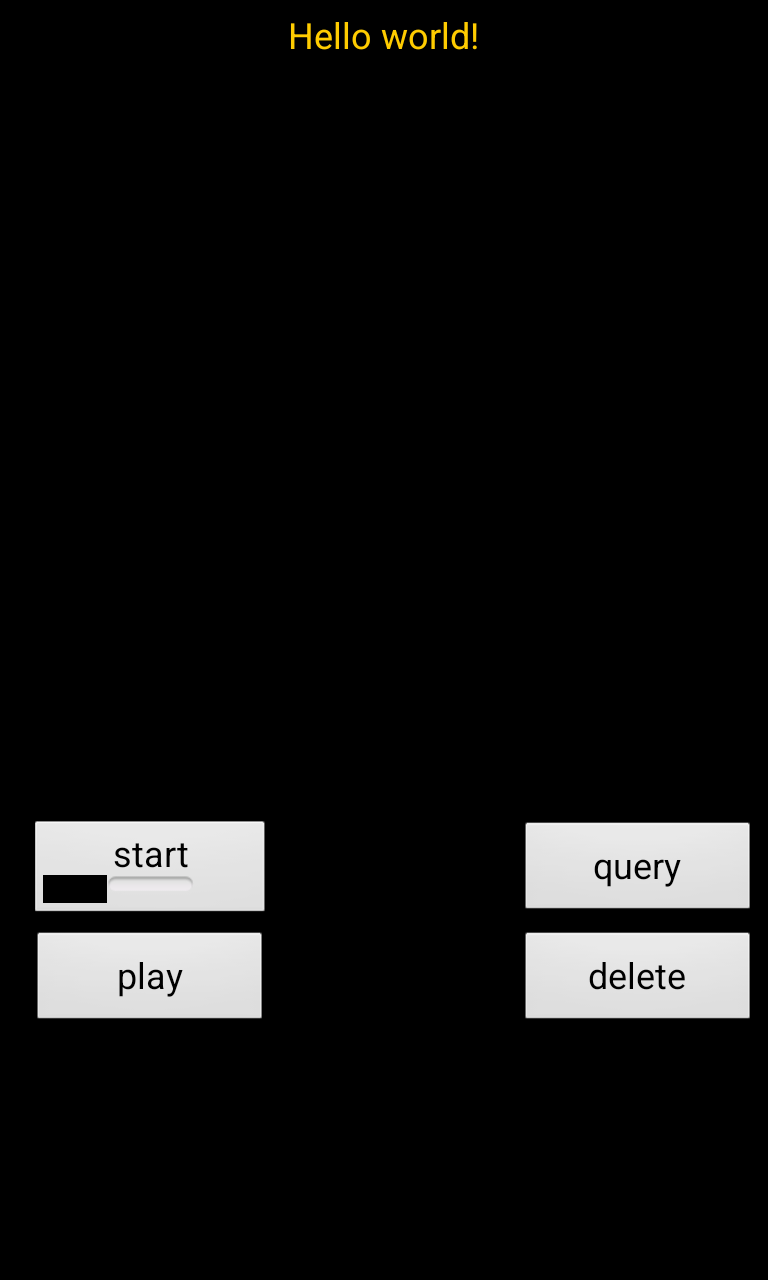
Repository: FreyrChen/tucan_Linux_practice
Layout: 4_Android_program/MusicIdentify/res/layout/activity_main.xml
These files come from the project's save history. The layout is drawn as it stood at one moment and after the next save; the edit follows.
It is drawn on a 768 x 1280 px phone screen (xhdpi) without system bars, with theme AppTheme; the app's code is not run.

Above is the layout before, as saved 2013-05-30 09:03:26.

After the next save:
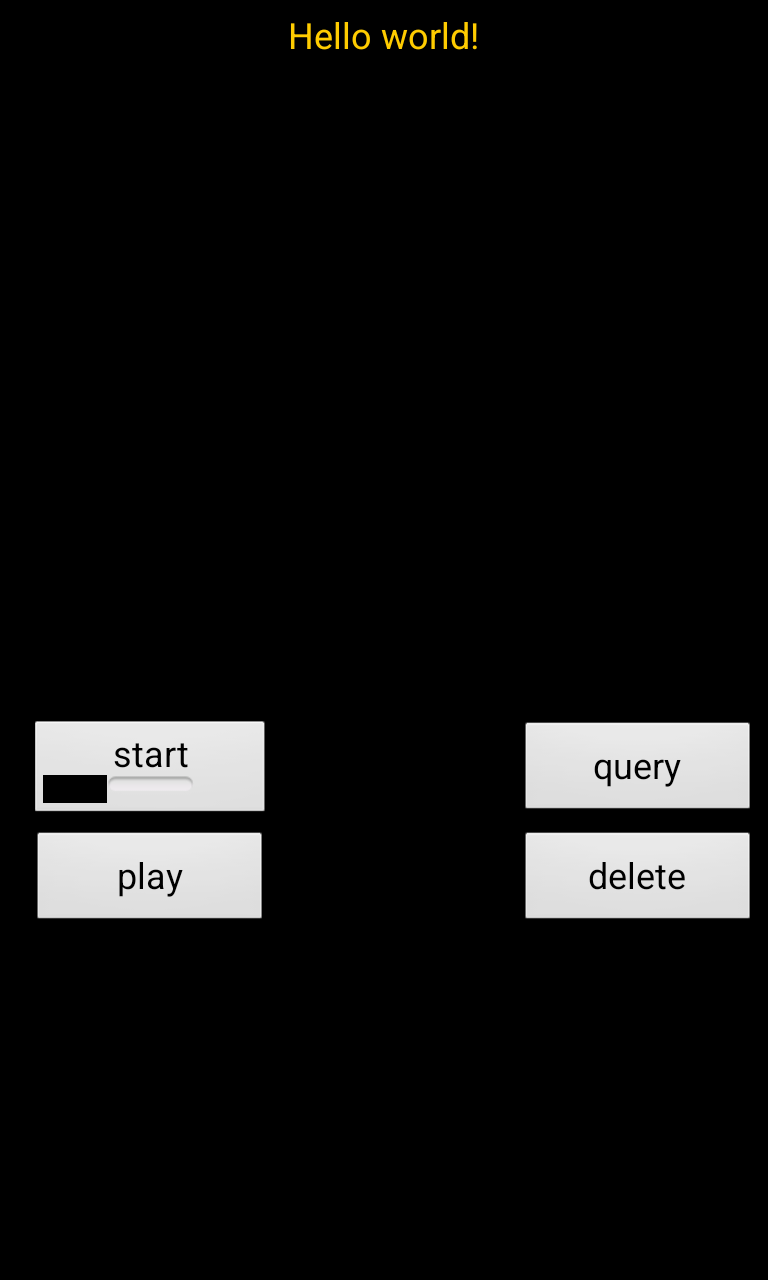
Saved 17 s later.
--- a/4_Android_program/MusicIdentify/res/layout/activity_main.xml
+++ b/4_Android_program/MusicIdentify/res/layout/activity_main.xml
@@ -9,7 +9,7 @@
     <TextView
         android:id="@+id/info_text"
         android:layout_width="wrap_content"
-        android:layout_height="400dp"
+        android:layout_height="350dp"
         android:layout_centerHorizontal="true"
         android:textSize="18sp"
         android:text="@string/hello_world"
